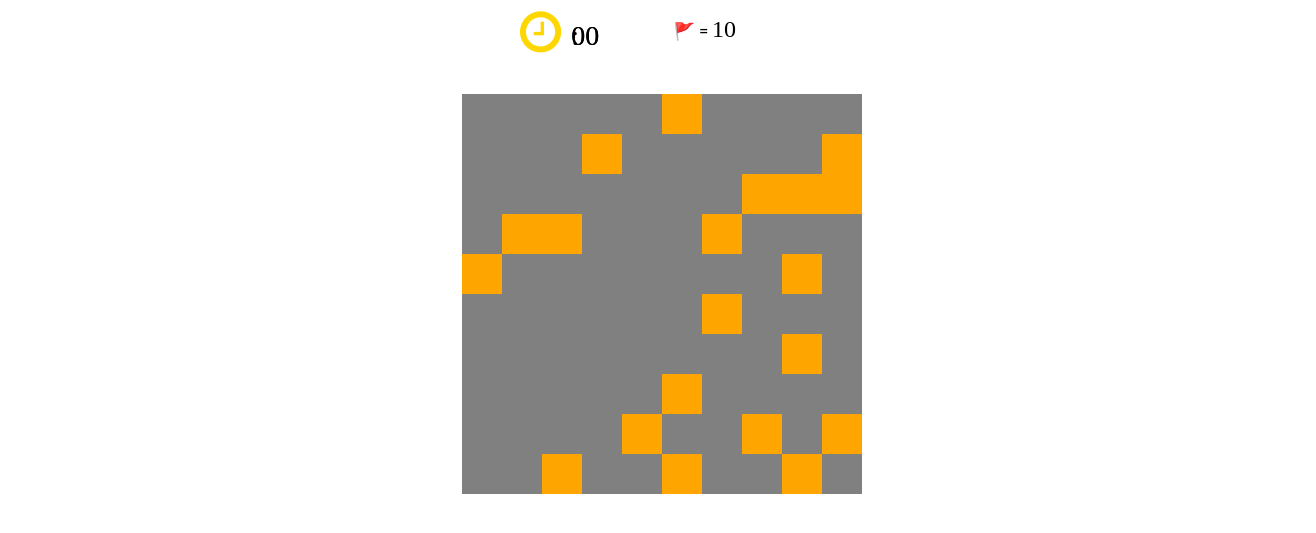
Repository: issaRan/MineSweeper
Page: html/index.html
The author's editor kept a copy of each file at every save. The page is drawn from the files as they stood at one save, then again after the next save.
The browser window is 1280 px wide. The page is 1280 px wide, then 1316 px, so the pictures cover 1316 px, including what lies to the right of the window. The pictures show the whole page.

Above is the page before, as saved 2020-10-23 17:50:11.

After the next save:
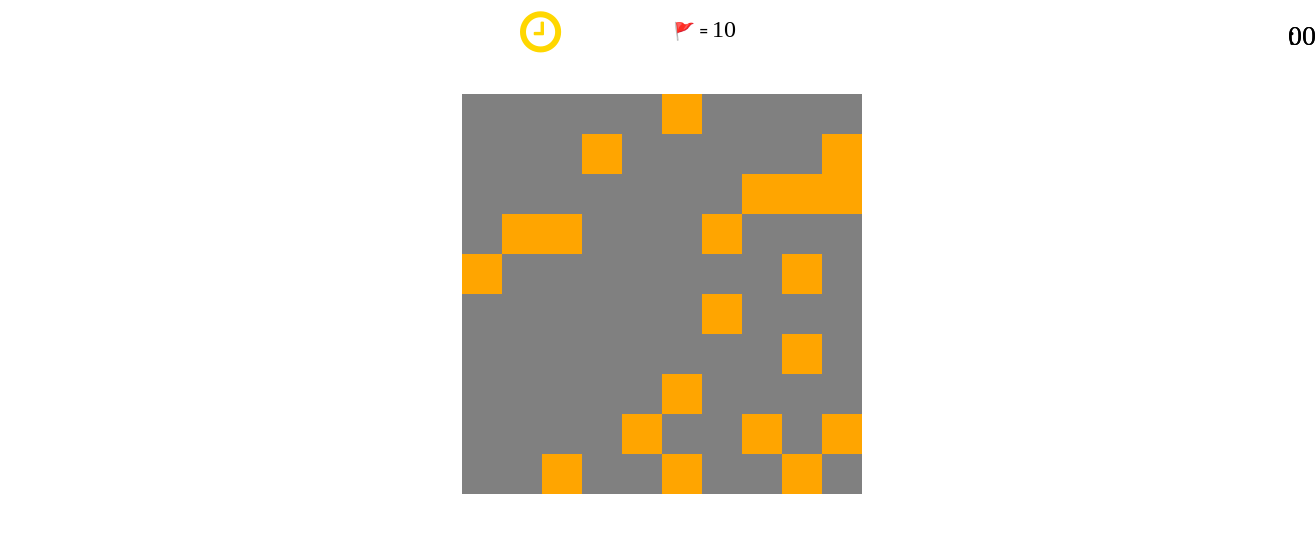
Saved 7 s later.
--- a/css/styles.css
+++ b/css/styles.css
@@ -58,5 +58,5 @@ h1{
     font-size: 28px;
 }
 .minutes {
-    margin-left: 44%;
+    margin-left: 100%;
 }
